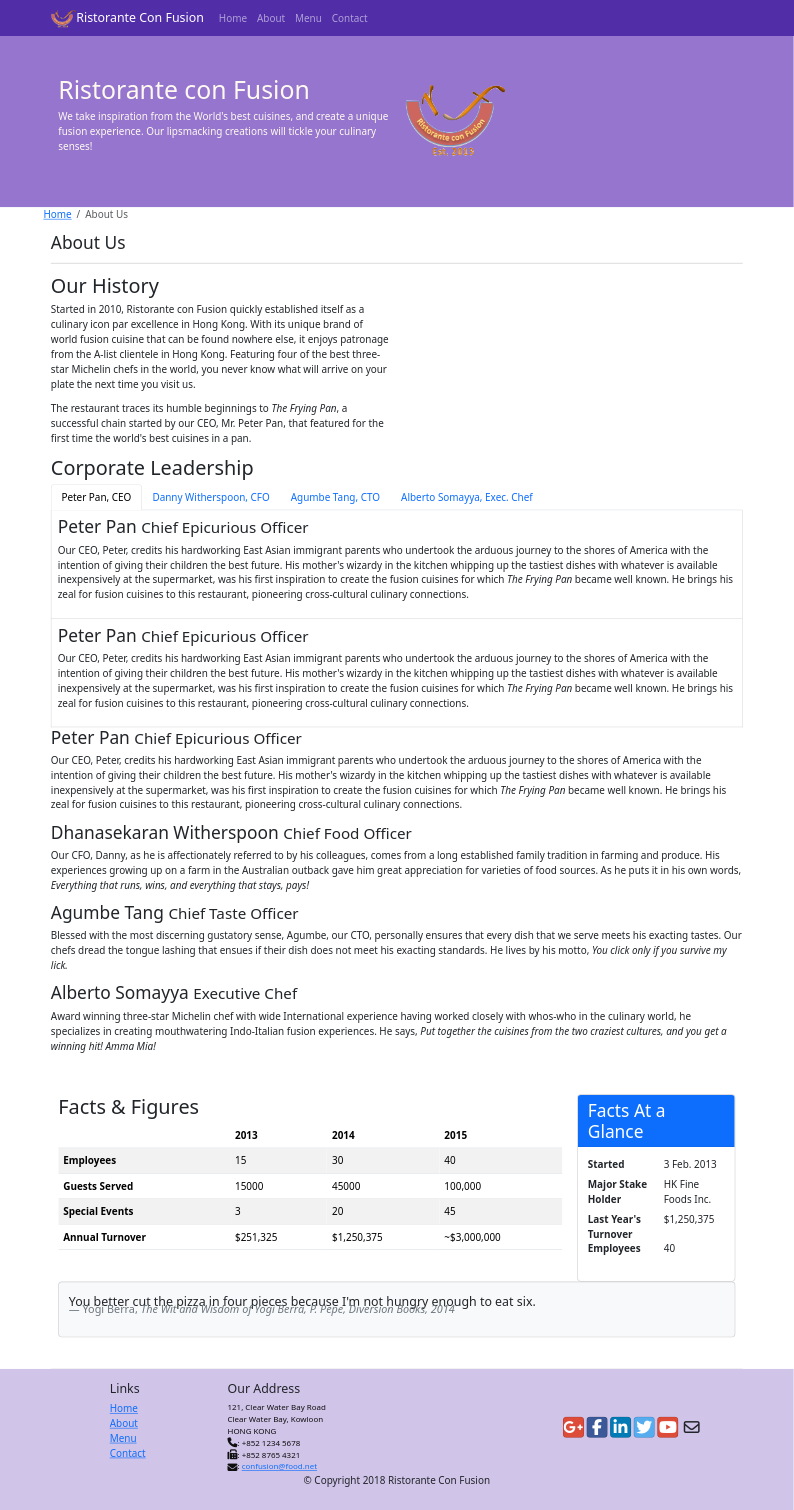
Repository: DungBuiTuan/FER201m
Page: aboutus.html
The author's editor kept a copy of each file at every save. The page is drawn from the files as they stood at one save, then again after the next save.
The browser window is 1280 px wide. The pictures show the whole page, at 62% of full size.
Some web libraries are served in a nearby version.

Above is the page before, as saved 2023-05-20 10:20:10.

After the next save:
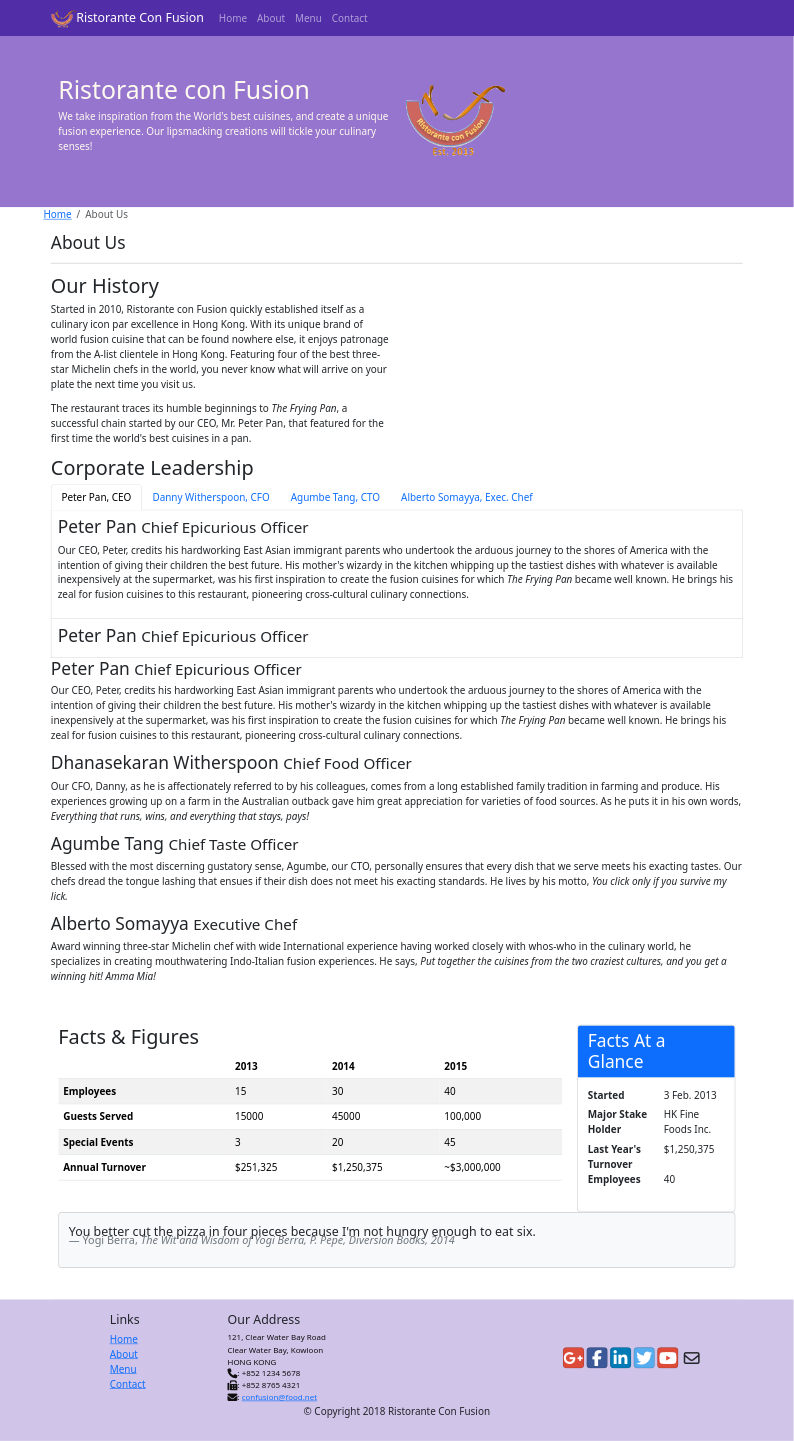
Saved 32 s later.
--- a/aboutus.html
+++ b/aboutus.html
@@ -130,12 +130,7 @@
                   <div class="tab-content">
                     <div role="tabpanel" class="tab-pane fade show active" id="danny">
                       <h3>Peter Pan <small>Chief Epicurious Officer</small></h3>
-                      <p>Our CEO, Peter, credits his hardworking East Asian immigrant parents who undertook the
-                        arduous journey to the shores of America with the intention of giving their children the
-                        best future. His mother's wizardy in the kitchen whipping up the tastiest dishes with
-                        whatever is available inexpensively at the supermarket, was his first inspiration to create
-                        the fusion cuisines for which <em>The Frying Pan</em> became well known. He brings his zeal
-                        for fusion cuisines to this restaurant, pioneering cross-cultural culinary connections.</p>
+
                   </div>
                 </div>
                       <h3>Peter Pan <small>Chief Epicurious Officer</small></h3>
